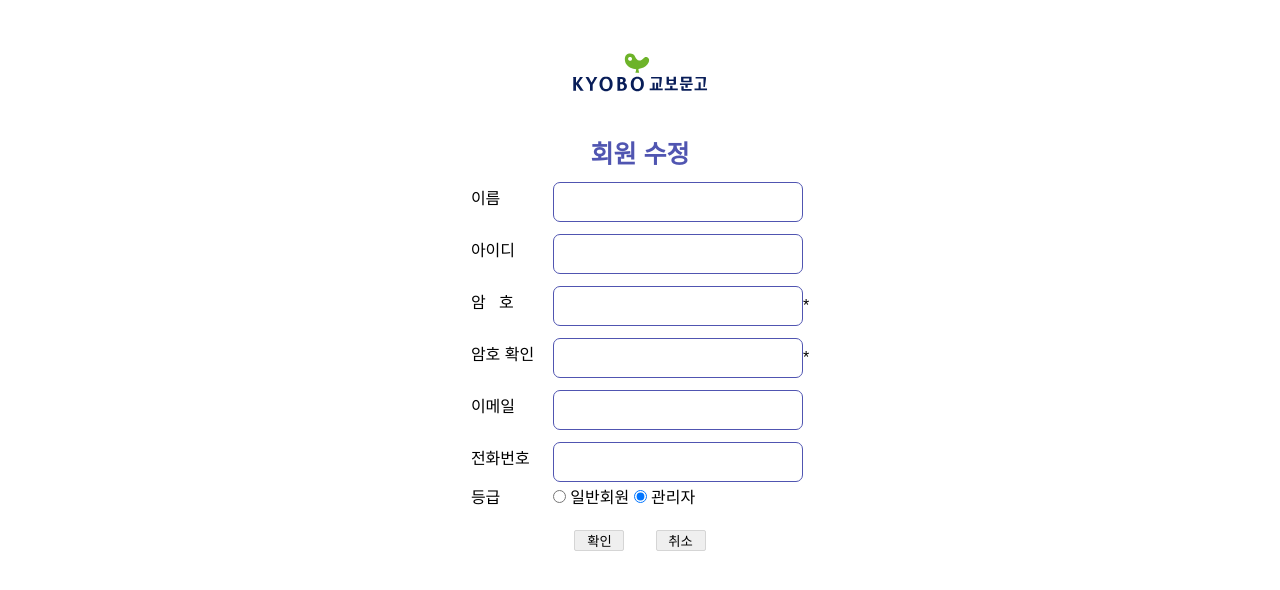
Repository: Yundanbi/Kyobo
Page: http://localhost/kyobo/memberUpdate.do
The author's editor kept a copy of each file at every save. The page is drawn from the files as they stood at one save, then again after the next save.
The browser window is 1280 px wide. The pictures show the whole page.
The page is served by Tomcat 9. Other server files are loaded and not shown. Queries for data that is not in the repository find no rows.

Above is the page before, as saved 2025-06-16 06:18:09.

### kyobo/src/main/webapp/member/memberUpdate.jsp
<%@ page language="java" contentType="text/html; charset=UTF-8"
    pageEncoding="UTF-8"%>
<%@ taglib uri="http://java.sun.com/jsp/jstl/core" prefix="c"%>
<%
  String path = request.getContextPath();
%>
<!DOCTYPE html>
<html>
<head>
  <style>
       * {
        margin: 0;
        padding: 0;
        box-sizing: border-box;
      }
      body {
        font-family: sans-serif;
        display: flex;
        justify-content: center;
        align-items: center;
        background: #fff;
        padding: 50px;
        flex-direction: column;

        transform-origin: top center;
      }
      .logo img {
        height: 50px;
        margin-bottom: 30px;
        width: 170px;
       }
      h2 {
      	font-size:25px;
      	color:#5055b1;
       }
      p{
      	font-size:12px;
      	color:gray;
      	margin-top:10px;
      	margin-bottom:20px;
      }
      .inputbox {
      	width: 250px;
        height: 40px;
        background-color: white;
        border-radius: 7px;
        border: 1px solid #5055b1;
        font-size: 16px;
        margin-top: 10px;
        font-weight: bold;
        padding-left: 10px;
      }
      td.tdbox {
      	margin-bottom : 20px;
      }
      .checkbtn {
      	background-color:white;
      	border: 1px solid #d5d5d5;
        border-radius: 2px;
        padding:4px;
      }
      .btn {
       border: 1px solid #d5d5d5;
        border-radius: 2px;
        width:50px;
     	margin-top:20px;
      }
      td.radio {
      	margin-top:30px;
      }
      </style>
<meta charset="UTF-8">
<title>Insert title here</title>
<script type="text/javascript" src="script/member.js"></script>
</head>
<body>
<div class="logo">
    <a href="<%= path %>/index.html">
      <img src="<%= path %>/img/logo_book.svg" alt="교보문고 로고" />
    </a>
  	</div>
 <h2>회원 수정</h2>
    <form action="memberUpdate.do" method="post" name="frm">

      <table>
        <tr>
          <td class="tdbox">이름</td>
          <td><input class="inputbox" type="text" name="username" size="20" value="${mVo.username}" readonly></td>
        </tr>
        <tr>
          <td class="tdbox">아이디</td>
          <td><input class="inputbox" type="text" name="userid" size="20"
                     value="${mVo.userid}" readonly></td>
        </tr>
        <tr>
          <td class="tdbox">암 &nbsp; 호</td>
          <td><input class="inputbox" type="password" name="pwd" size="20">*</td>
        </tr>
        <tr height="30">
          <td class="tdbox" width="80">암호 확인</td>
          <td><input class="inputbox" type="password" name="pwd_check" size="20">*</td>
        </tr>
        <tr>
          <td class="tdbox">이메일</td>
          <td><input class="inputbox" type="text" name="email" size="20"
                     value="${mVo.email}"></td>
        </tr>
        <tr>
          <td class="tdbox">전화번호</td>
          <td><input class="inputbox" type="text" name="phone" size="20"
                     value="${mVo.phone}"></td>
        </tr>
        <tr>
          <td class="tdbox">등급</td>
          <td class="tdbox"><c:choose>
            <c:when test="${mVo.admin==0}">
              <input type="radio" name="admin" value="0" checked="checked"> 일반회원
              <input type="radio" name="admin" value="1"> 관리자
            </c:when>
            <c:otherwise>
              <input type="radio" name="admin" value="0"> 일반회원
              <input type="radio" name="admin" value="1" checked="checked"> 관리자
            </c:otherwise>
            </c:choose></td>
        </tr>
        <tr>
          <td colspan="2" align="center"><input class="btn" type="submit" value="확인"
                                                onclick="return joinCheck()">
            &nbsp;&nbsp;&nbsp;&nbsp;&nbsp; <input class="btn" type="reset" value="취소">
          </td>
        </tr>
      </table>
    </form>
</body>
</html>

### kyobo/src/main/java/com/danbi/controller/MemberUpdateServlet.java
package com.danbi.controller;
import java.io.IOException;

import javax.servlet.RequestDispatcher;
import javax.servlet.ServletException;
import javax.servlet.annotation.WebServlet;
import javax.servlet.http.HttpServlet;
import javax.servlet.http.HttpServletRequest;
import javax.servlet.http.HttpServletResponse;

import com.danbi.dao.MemberDAO;
import com.danbi.dto.MemberVO;
@WebServlet("/memberUpdate.do")

public class MemberUpdateServlet extends HttpServlet {
	private static final long serialVersionUID = 1L;

	protected void doGet(HttpServletRequest request, HttpServletResponse response)
			throws ServletException, IOException {
		String userid = request.getParameter("userid");
		MemberDAO mDao = MemberDAO.getInstance();
		MemberVO mVo = mDao.getMember(userid);
		request.setAttribute("mVo", mVo);
		RequestDispatcher dispatcher = request.getRequestDispatcher("member/memberUpdate.jsp");
		dispatcher.forward(request, response);
	}

	protected void doPost(HttpServletRequest request, HttpServletResponse response)
			throws ServletException, IOException {
		request.setCharacterEncoding("UTF-8");

                       String userid = request.getParameter("userid");
                       String pwd = request.getParameter("pwd");
                       String email = request.getParameter("email");
                       String phone = request.getParameter("phone");
                       String admin = request.getParameter("admin");

                       MemberVO mVo = new MemberVO();
                       mVo.setUserid(userid);
                       mVo.setPwd(pwd);
                       mVo.setEmail(email);
                       mVo.setPhone(phone);
                       mVo.setAdmin(Integer.parseInt(admin));
                       MemberDAO mDao = MemberDAO.getInstance();
                       mDao.updateMember(mVo);
                       response.sendRedirect("login.do");
      }
}

### kyobo/src/main/java/com/danbi/dao/MemberDAO.java
package com.danbi.dao;
import java.sql.Connection;
import java.sql.PreparedStatement;
import java.sql.ResultSet;

import javax.naming.Context;
import javax.naming.InitialContext;
import javax.sql.DataSource;

import com.danbi.dto.MemberVO;

public class MemberDAO {
		public MemberDAO() {

		}
		private static MemberDAO instance = new MemberDAO();

		public static MemberDAO getInstance() {
			return instance;
		}

		Connection conn = null;

		public Connection getConnection() throws Exception {
			Context initContext = new InitialContext();
			Context envContext = (Context) initContext.lookup("java:/comp/env");
			DataSource ds = (DataSource) envContext.lookup("jdbc/estoreDB");
			Connection conn = ds.getConnection();
			return conn;


		}
		public int userCheck(String userid,String pwd) {
			int result = -1;
			String sql = "select pwd from member where userid=?";
			Connection conn = null;
			PreparedStatement pstmt = null;
			ResultSet rs = null;
			try {
					conn = getConnection();
					pstmt = conn.prepareStatement(sql);
					pstmt.setString(1, userid);
					rs = pstmt.executeQuery();
					if (rs.next()) {
						if(rs.getString("pwd") !=null && rs.getString("pwd").equals(pwd)) {
							result=1;
						}else {
							result = 0;
						}
					}else {
						result = -1;
					}
			}catch (Exception e) {
				e.printStackTrace();
			}finally {
				try {
					if (rs !=null)
							rs.close();
					if (pstmt !=null)
							pstmt.close();
					if (conn !=null)
							conn.close();
				}catch (Exception e) {
					e.printStackTrace();
				}
			}
			return result;
		}
		 public MemberVO getMember(String userid) {

				MemberVO mVo = null;
				String sql = "select * from member where userid=?";
				Connection conn = null;
				PreparedStatement pstmt = null;
				ResultSet rs = null;
				try {
							conn = getConnection();
							pstmt = conn.prepareStatement(sql);
							pstmt.setString(1, userid);
							rs = pstmt.executeQuery();
							if (rs.next()) {
								mVo = new MemberVO();
								mVo.setUsername(rs.getString("username"));
								mVo.setUserid(rs.getString("userid"));
								mVo.setPwd(rs.getString("pwd"));
								mVo.setEmail(rs.getString("email"));
								mVo.setPhone(rs.getString("phone"));
								mVo.setAdmin(rs.getInt("admin"));

							}
				}catch (Exception e) {
						e.printStackTrace();

				}finally {
					try {
							if (rs !=null)
										rs.close();
							if (pstmt !=null)
										pstmt.close();
							if (conn !=null)
										conn.close();
					}catch (Exception e) {
							e.printStackTrace();
					}
				}
				return mVo;
			}

		 public int insertMember(MemberVO mVo) {
				int result = -1;
				String sql = "insert into member values(?,?,?,?,?,?)";
				Connection conn = null;
				PreparedStatement pstmt = null;
				try {
					conn = getConnection();
					pstmt = conn.prepareStatement(sql);
					pstmt.setString(1, mVo.getUsername());
					pstmt.setString(2, mVo.getUserid());
					pstmt.setString(3, mVo.getPwd());
					pstmt.setString(4, mVo.getEmail());
					pstmt.setString(5, mVo.getPhone());
					pstmt.setInt(6, mVo.getAdmin());
					result = pstmt.executeUpdate();
				} catch (Exception e) {
					e.printStackTrace();
				} finally {
					try {
						if (pstmt != null)
							pstmt.close();
						if (conn != null)
							conn.close();
					} catch (Exception e) {
						e.printStackTrace();
					}
				}
				return result;
			}

		  public int confirmID(String userid) {
				int result = -1;
				String sql = "select userid from member where userid=?";
				Connection conn = null;
				PreparedStatement pstmt = null;
				ResultSet rs = null;
				try {
					conn = getConnection();
					pstmt = conn.prepareStatement(sql);
					pstmt.setString(1, userid);
					rs = pstmt.executeQuery();
					if (rs.next()) {
						result = 1;
					} else {
						result = -1;
					}
				} catch (Exception e) {
					e.printStackTrace();
				} finally {
					try {
						if (rs != null)
							rs.close();
						if (pstmt != null)
							pstmt.close();
						if (conn != null)
							conn.close();
					} catch (Exception e) {
						e.printStackTrace();
					}
				}
				return result;

			}

		  public int updateMember(MemberVO mVo) {
				int result = -1;
				String sql = "update member set pwd=?, email=?," + "phone=?, admin=? where userid=?";
				Connection conn = null;
				PreparedStatement pstmt = null;
				try {
					conn = getConnection();
					pstmt = conn.prepareStatement(sql);
					pstmt.setString(1, mVo.getPwd());
					pstmt.setString(2, mVo.getEmail());
					pstmt.setString(3, mVo.getPhone());
					pstmt.setInt(4, mVo.getAdmin());
					pstmt.setString(5, mVo.getUserid());
					result = pstmt.executeUpdate();
				} catch (Exception e) {
					e.printStackTrace();
				} finally {
					try {
						if (pstmt != null)
							pstmt.close();
						if (conn != null)
							conn.close();
					} catch (Exception e) {
						e.printStackTrace();
					}
				}
				return result;
			}




}

### kyobo/src/main/webapp/script/member.js
function loginCheck(){
			if(document.frm.userid.value.length ==0 ){
						alert("아이디를 써주세요");
						frm.userid.focus();
						return false;
			}
			if (document.frm.pwd.value == ""){
				alert("암호는 반드시 입력해야합니다.")
				frm.pwd.focus();
				return false;
			}
			console.log("loginCheck 호출됨");
			return true;

}

function idCheck() {
	if (document.frm.userid.value == "") {
		alert('아이디를 입력하여 주십시오.');
		document.frm.userid.focus();
		return;
	}
	var url = "idcheck.do?userid=" + document.frm.userid.value;
	window.open(url, "_blank_1", "toolbar=no, menubar=no, scrollbars=yes, resizable=no, width=450, height=200");
}

function idok(userid) {
	opener.frm.userid.value = document.frm.userid.value;
	opener.frm.reid.value = document.frm.userid.value;
	self.close();
}


function joinCheck() {
	if (document.frm.username.value.length == 0) {
		alert("이름을 써주세요.");
		frm.username.focus();
		return false;
	}
	if (document.frm.userid.value.length == 0) {
		alert("아이디를 써주세요");
		frm.userid.focus();
		return false;
	}
	if (document.frm.userid.value.length < 4) {
		alert("아이디는 4글자이상이어야 합니다.");
		frm.userid.focus();
		return false;
	}
	if (document.frm.pwd.value == "") {
		alert("암호는 반드시 입력해야 합니다.");
		frm.pwd.focus();
		return false;
	}
	if (document.frm.pwd.value != document.frm.pwd_check.value) {
		alert("암호가 일치하지 않습니다.");
		frm.pwd.focus();
		return false;
	}
	if (document.frm.reid.value.length == 0) {
		alert("중복 체크를 하지 않았습니다.");
		frm.userid.focus();
		return false;
	}
	return true;
}

### kyobo/src/main/webapp/img/logo_book.svg
<svg width="120" height="44" viewBox="0 0 120 44" fill="none" xmlns="http://www.w3.org/2000/svg">
<path d="M30.1306 23.4481C29.3894 23.4192 28.6499 23.5392 27.9559 23.8009C27.2618 24.0627 26.6272 24.4609 26.0896 24.9721C25.4974 25.6293 25.0405 26.3968 24.745 27.2307C24.4495 28.0646 24.3213 28.9486 24.3676 29.8321C24.3214 30.7154 24.4497 31.5992 24.7452 32.4329C25.0407 33.2666 25.4975 34.0339 26.0896 34.6911C27.2059 35.6822 28.6469 36.2295 30.1396 36.2295C31.6324 36.2295 33.0734 35.6822 34.1896 34.6911C35.37 33.3561 35.9803 31.6117 35.8896 29.8321C35.9807 28.052 35.3704 26.3072 34.1896 24.9721C33.6485 24.4611 33.0108 24.0632 32.3141 23.8015C31.6173 23.5398 30.8744 23.4197 30.1306 23.4481ZM32.4686 33.3601C32.1866 33.705 31.8291 33.9805 31.4238 34.1655C31.0184 34.3505 30.576 34.44 30.1306 34.4271C29.6876 34.4399 29.2475 34.3504 28.8448 34.1653C28.442 33.9802 28.0874 33.7046 27.8086 33.3601C27.1286 32.3144 26.8088 31.0752 26.8976 29.8311C26.8113 28.5871 27.1309 27.3487 27.8086 26.3021C28.0884 25.9597 28.4436 25.6867 28.8464 25.5046C29.2493 25.3224 29.6888 25.236 30.1306 25.2521C30.5747 25.2362 31.0166 25.3227 31.4219 25.5048C31.8273 25.6868 32.1854 25.9596 32.4686 26.3021C33.1428 27.3499 33.4587 28.5883 33.3686 29.8311C33.4612 31.0737 33.1452 32.3136 32.4686 33.3601Z" fill="#081D58"/>
<path d="M61.6955 24.972C60.5738 23.9897 59.1335 23.4482 57.6425 23.4482C56.1514 23.4482 54.7112 23.9897 53.5895 24.972C52.4004 26.3029 51.7857 28.0498 51.8795 29.832C51.7879 31.6147 52.4047 33.3612 53.5955 34.691C54.7127 35.6826 56.1547 36.2302 57.6485 36.2302C59.1423 36.2302 60.5842 35.6826 61.7015 34.691C62.8838 33.3572 63.4944 31.612 63.4015 29.832C63.4951 28.0516 62.8845 26.3059 61.7015 24.972M59.9815 33.36C59.6923 33.6952 59.3344 33.964 58.9319 34.1483C58.5295 34.3326 58.0921 34.428 57.6495 34.428C57.2069 34.428 56.7694 34.3326 56.367 34.1483C55.9646 33.964 55.6066 33.6952 55.3175 33.36C54.6408 32.3134 54.3225 31.0753 54.4105 29.832C54.3251 28.5887 54.6432 27.3511 55.3175 26.303C55.6098 25.973 55.9688 25.7088 56.3708 25.5278C56.7728 25.3468 57.2086 25.2532 57.6495 25.2532C58.0903 25.2532 58.5262 25.3468 58.9282 25.5278C59.3302 25.7088 59.6892 25.973 59.9815 26.303C60.655 27.3516 60.9708 28.59 60.8815 29.833C60.9735 31.0757 60.6575 32.3144 59.9815 33.361" fill="#081D58"/>
<path d="M18.673 35.938C18.567 35.8236 18.485 35.6891 18.4319 35.5424C18.3788 35.3957 18.3557 35.2398 18.364 35.084V30.648L22.5 23.717H19.668C19.868 23.917 19.892 24.247 19.644 24.637L17.405 28.517C15.522 25.108 15.524 25.011 15.183 24.389C14.918 23.921 14.692 23.717 14.189 23.717H11.959C12.2518 24.0303 12.5008 24.3818 12.699 24.762L15.999 30.616V35.083C16.0074 35.2388 15.9844 35.3946 15.9315 35.5412C15.8786 35.6879 15.7968 35.8225 15.691 35.937L18.673 35.938Z" fill="#081D58"/>
<path d="M39.834 35.9381C39.9407 35.8241 40.0233 35.6897 40.0768 35.5429C40.1302 35.3961 40.1534 35.2401 40.145 35.0841V24.5671C40.154 24.4112 40.131 24.2552 40.0776 24.1085C40.0241 23.9618 39.9412 23.8276 39.834 23.7141H43.881C45.821 23.7141 47.515 24.6501 47.515 26.4681C47.5261 26.933 47.417 27.3929 47.1981 27.8032C46.9793 28.2135 46.6582 28.5603 46.266 28.8101C46.9198 29.0312 47.4878 29.4517 47.8902 30.0124C48.2925 30.5732 48.509 31.2459 48.509 31.9361C48.5097 32.5169 48.3773 33.0901 48.122 33.6117C47.8666 34.1333 47.4951 34.5895 47.036 34.9451C46.134 35.6368 45.0165 35.9875 43.881 35.9351L39.834 35.9381ZM42.514 28.3321C43.0984 28.3909 43.6885 28.3195 44.242 28.1231C44.4946 28.024 44.7102 27.8488 44.8588 27.6218C45.0075 27.3949 45.082 27.1273 45.072 26.8561C45.061 26.6613 45.0112 26.4707 44.9257 26.2953C44.8402 26.12 44.7205 25.9634 44.5738 25.8349C44.4271 25.7063 44.2562 25.6082 44.0711 25.5465C43.886 25.4847 43.6905 25.4604 43.496 25.4751C43.1641 25.4638 42.8325 25.506 42.514 25.6001V28.3321ZM45.162 33.8801C45.4542 33.6872 45.6888 33.4187 45.8408 33.1032C45.9927 32.7877 46.0564 32.4369 46.025 32.0881C46.0113 31.8045 45.9394 31.5268 45.8139 31.2721C45.6883 31.0175 45.5117 30.7914 45.2951 30.6078C45.0785 30.4243 44.8264 30.2873 44.5546 30.2053C44.2828 30.1233 43.997 30.098 43.715 30.1311C43.3139 30.1271 42.9129 30.1505 42.515 30.2011V34.1181C43.3981 34.3546 44.3365 34.2699 45.163 33.8791" fill="#081D58"/>
<path d="M1.31002 35.0839C1.3183 35.2398 1.29512 35.3957 1.24186 35.5424C1.18861 35.6891 1.10636 35.8236 1.00002 35.9379H3.98802C3.88159 35.8237 3.79928 35.6892 3.74602 35.5425C3.69276 35.3957 3.66963 35.2398 3.67802 35.0839V30.3089L7.14702 35.2669C7.2425 35.47 7.39425 35.6415 7.58426 35.761C7.77428 35.8804 7.99458 35.9429 8.21902 35.9409H10.619C10.2919 35.6272 10.003 35.2762 9.75802 34.8949L5.83802 29.3409L9.83802 23.7169H6.89902C7.05102 23.9169 7.07102 24.1659 6.78402 24.6469L3.68402 29.1249V24.5669C3.67511 24.411 3.69799 24.2548 3.75128 24.108C3.80457 23.9612 3.88716 23.8268 3.99402 23.7129H0.999023C1.10579 23.8269 1.18832 23.9613 1.2416 24.1081C1.29489 24.2549 1.31782 24.411 1.30902 24.5669L1.31002 35.0839Z" fill="#081D58"/>
<path d="M67.2346 6.979C66.9569 6.72281 66.6307 6.52493 66.2752 6.39705C65.9197 6.26917 65.5421 6.2139 65.1649 6.2345C64.7877 6.25511 64.4184 6.35117 64.0789 6.51701C63.7395 6.68285 63.4367 6.91509 63.1886 7.2C61.7756 8.686 60.6766 9.239 59.3676 9.183C57.5396 9.104 56.6376 7.691 55.6986 5.907C55.3312 5.05654 54.7264 4.33002 53.9566 3.81445C53.1869 3.29888 52.2849 3.01611 51.3586 3C50.7138 3.00446 50.0767 3.14038 49.4862 3.39946C48.8957 3.65853 48.3643 4.03532 47.9243 4.50677C47.4844 4.97823 47.1453 5.53446 46.9276 6.14144C46.71 6.74843 46.6185 7.39343 46.6586 8.037C46.6945 9.62273 47.1673 11.1678 48.025 12.502C48.8827 13.8363 50.0919 14.9079 51.5196 15.599C53.1121 16.3981 54.8641 16.8284 56.6456 16.858C56.5252 17.9401 56.2905 19.0063 55.9456 20.039H59.3086C58.9494 18.9729 58.7103 17.8701 58.5956 16.751C63.5216 16.112 65.8596 13.872 67.1416 11.74C67.6834 10.9123 67.9875 9.95171 68.0206 8.963C68.0307 8.59686 67.967 8.23243 67.8334 7.89141C67.6997 7.55039 67.4988 7.23976 67.2426 6.978M51.3816 9.536C51.0412 9.55969 50.7014 9.48175 50.4053 9.31206C50.1092 9.14237 49.8701 8.88857 49.7185 8.58286C49.5668 8.27714 49.5094 7.93328 49.5534 7.59486C49.5974 7.25645 49.741 6.93873 49.9658 6.682C50.1906 6.42527 50.4866 6.24108 50.8163 6.1528C51.1459 6.06452 51.4944 6.07612 51.8174 6.18613C52.1405 6.29614 52.4236 6.49961 52.6308 6.77073C52.8381 7.04185 52.9602 7.36841 52.9816 7.709C53.0104 8.16315 52.8583 8.61024 52.5585 8.95258C52.2587 9.29492 51.8356 9.50467 51.3816 9.536Z" fill="#6DB329"/>
<path d="M113.393 28.3181H111.536V33.8781H107.988V35.3341H119.006V33.8781H113.398L113.393 28.3181Z" fill="#081D58"/>
<path d="M115.861 32.4649H117.072C117.526 30.1329 117.848 27.2179 118.036 25.2649C118.141 24.2109 118.146 23.6589 117.199 23.6589H108.923V25.1139H115.861V32.4649Z" fill="#081D58"/>
<path d="M97.3025 28.4399H105.357V23.6089H96.1495V27.2859C96.1264 27.4429 96.1403 27.603 96.19 27.7537C96.2398 27.9044 96.3239 28.0413 96.4359 28.1538C96.5478 28.2662 96.6844 28.351 96.8349 28.4013C96.9853 28.4517 97.1454 28.4663 97.3025 28.4439M103.285 26.9849H98.2225V25.0639H103.285V26.9849Z" fill="#081D58"/>
<path d="M98.4728 31.853H96.4028V34.72C96.3794 34.8765 96.3929 35.0363 96.4422 35.1867C96.4915 35.337 96.5752 35.4738 96.6867 35.5861C96.7982 35.6984 96.9344 35.783 97.0844 35.8334C97.2344 35.8837 97.3941 35.8983 97.5508 35.876H105.38V34.42H98.4718L98.4728 31.853Z" fill="#081D58"/>
<path d="M95.1123 30.9089H99.9243V33.1769H101.995V30.9089H106.38V29.4529H95.1123V30.9089Z" fill="#081D58"/>
<path d="M76.0076 28.7119H74.1516V33.8779H72.8866V28.7119H71.0286V33.8779H68.5166V35.3349H79.9866V33.8779H76.0036L76.0076 28.7119Z" fill="#081D58"/>
<path d="M77.0538 32.4649H78.2638C78.7188 30.1329 79.0388 27.2179 79.2288 25.2649C79.3288 24.2109 79.3398 23.6589 78.3908 23.6589H69.7568V25.1139H77.0568L77.0538 32.4649Z" fill="#081D58"/>
<path d="M88.5873 31.3931H86.5163V33.8791H81.7773V35.3351H93.2573V33.8781H88.5873V31.3931Z" fill="#081D58"/>
<path d="M84.5396 30.6091H90.4896C90.6465 30.6314 90.8064 30.6168 90.9566 30.5666C91.1069 30.5163 91.2434 30.4317 91.3553 30.3195C91.4672 30.2074 91.5514 30.0706 91.6013 29.9202C91.6511 29.7698 91.6653 29.6099 91.6426 29.4531V23.5381H89.5676V25.9381H85.4596V23.5381H83.3846V29.4531C83.3618 29.6101 83.376 29.7702 83.4259 29.9208C83.4759 30.0714 83.5603 30.2082 83.6725 30.3205C83.7846 30.4327 83.9214 30.5172 84.0719 30.5673C84.2224 30.6174 84.3826 30.6317 84.5396 30.6091ZM89.5686 27.3881V29.3571H85.4606V27.3881H89.5686Z" fill="#081D58"/>
</svg>

After the next save:
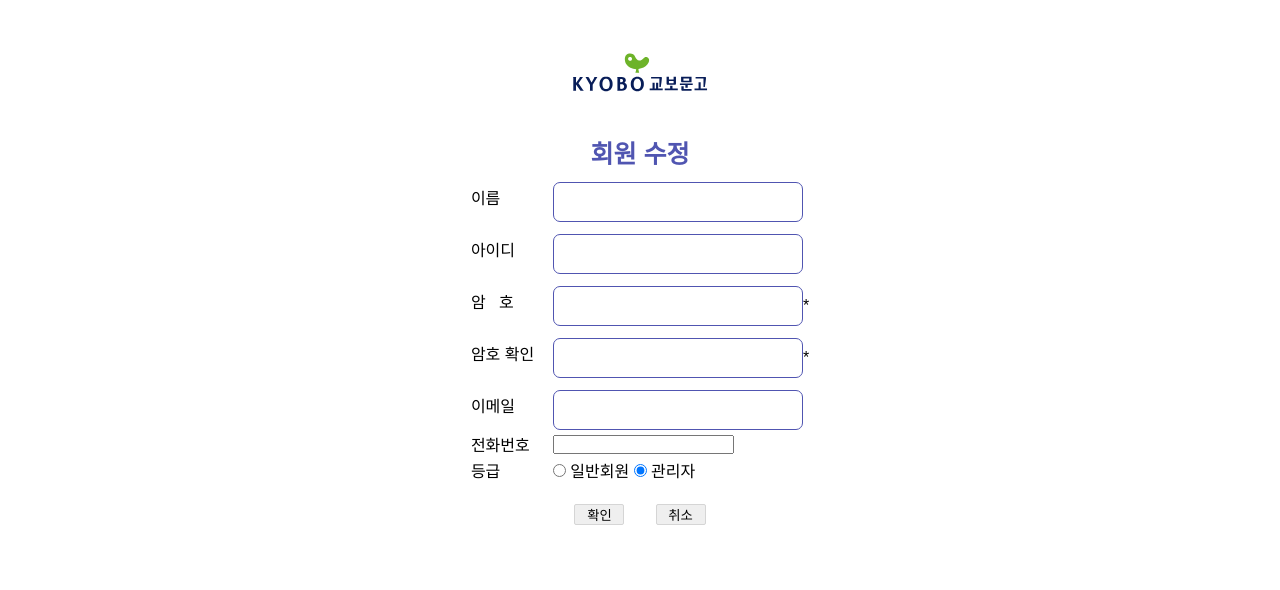
Saved 49 s later.
--- a/kyobo/src/main/webapp/member/memberUpdate.jsp
+++ b/kyobo/src/main/webapp/member/memberUpdate.jsp
@@ -47,6 +47,18 @@
         border: 1px solid #5055b1;
         font-size: 16px;
         margin-top: 10px;
+        font-weight: bold;
+        padding-left: 10px;
+      }
+      .inputbox2 {
+      	width: 250px;
+        height: 40px;
+        background-color: white;
+        border-radius: 7px;
+        border: 1px solid #5055b1;
+        font-size: 16px;
+        margin-top: 10px;
+        margin-bottom:20px;
         font-weight: bold;
         padding-left: 10px;
       }
@@ -107,7 +119,7 @@
         </tr>
         <tr>
           <td class="tdbox">전화번호</td>
-          <td><input class="inputbox" type="text" name="phone" size="20"
+          <td><input class="inputbox1" type="text" name="phone" size="20"
                      value="${mVo.phone}"></td>
         </tr>
         <tr>
